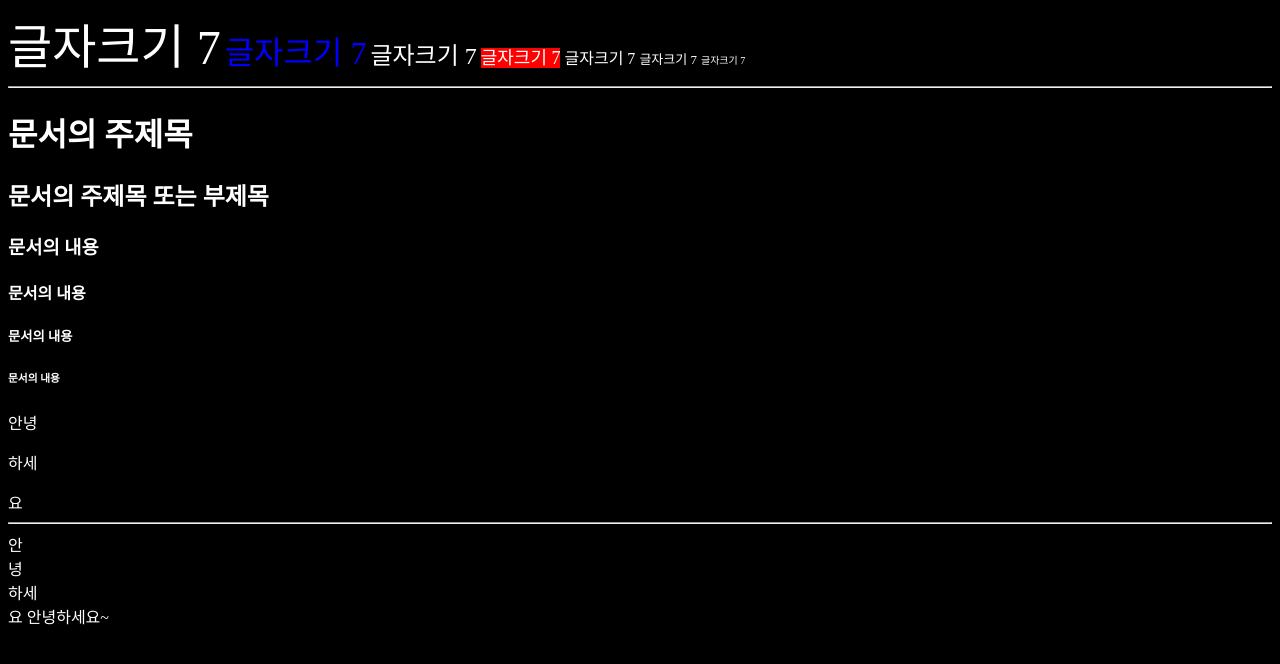
Repository: sjh86/html-day01
Page: html/day01.html
An editor plug-in stored every save of this project. The page is shown before and after the next save, followed by the edit.
The browser window is 1280 px wide. The pictures show the whole page.

Above is the page before, as saved 2021-10-04 05:09:36.

### html/day01.html
<!DOCTYPE html>
<html>
<head>
<meta charset="EUC-KR">
<title>Insert title here</title>
</head>
<body text="white" bgcolor="black">

<font size = "7">글자크기 7</font>
<font size = "6" face="궁서체" color = "blue">글자크기 7</font>
<font size = "5">글자크기 7</font>
<font size = "4" style="background-color: red;">글자크기 7</font>
<font size = "3">글자크기 7</font>
<font size = "2">글자크기 7</font>
<font size = "1">글자크기 7</font>

<hr>

<h1>문서의 주제목</h1>
<h2>문서의 주제목 또는 부제목</h2>
<h3>문서의 내용</h3>
<h4>문서의 내용</h4>
<h5>문서의 내용</h5>
<h6>문서의 내용</h6>
안녕
<p>하세</p>
요
<hr>
안<br>녕<br>
하세<br>
요
<!--

주석
 -->
	안녕하세요~
</body>
</html>

After the next save:
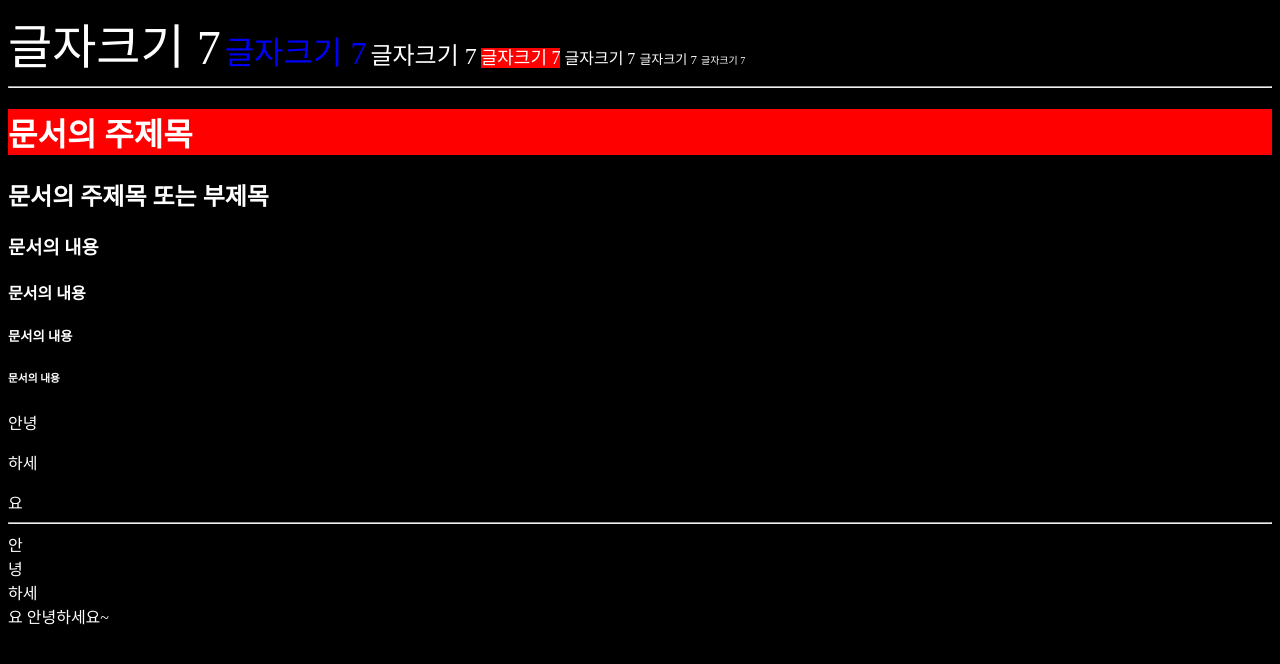
Saved 24 s later.
--- a/html/day01.html
+++ b/html/day01.html
@@ -16,7 +16,7 @@
 
 <hr>
 
-<h1>문서의 주제목</h1>
+<h1 style="background-color: red;">문서의 주제목</h1>
 <h2>문서의 주제목 또는 부제목</h2>
 <h3>문서의 내용</h3>
 <h4>문서의 내용</h4>
